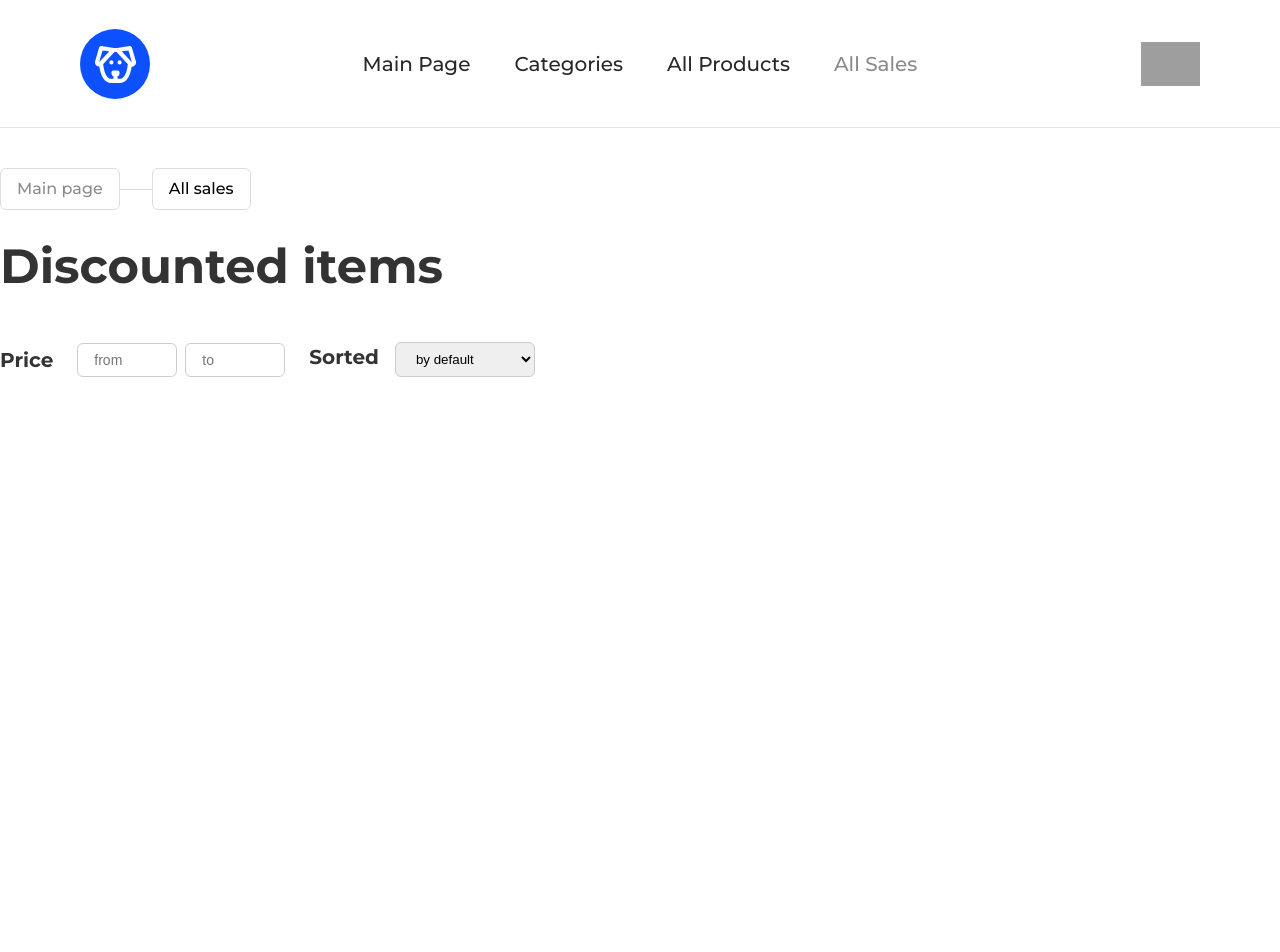
Repository: jursylian/PET-INTERNET-SHOP-PROJECT
Page: /discounts
These files come from the project's save history. The page is drawn as it stood at one moment and after the next save; the edit follows.
The browser window is 1280 px wide. The pictures show the part of the page from y = 0 to 952 px (the page is 1912 px tall).
Pictures or frames that could not be fetched are drawn as grey boxes. The page's requests for data from a server got no answer. The project was rebuilt for these pictures with package versions that can differ from the ones it lists, and the page was loaded fresh each time. No one was signed in, and anything a server would have sent is missing. Also part of the build but not shown: vite.config.js, src/pages/Categories/Categories.module.css, src/pages/Categories/Categories.jsx, src/components/PromoBanner/PromoBanner.module.css, src/components/PromoBanner/PromoBanner.jsx, src/ui/Input/Input.module.css, src/ui/Input/Input.jsx, src/ui/Button/Button.module.css and 29 more.

Above is the page before, as saved 2025-11-06 14:35:31.

### index.html
<!DOCTYPE html>
<html lang="en">
  <head>
    <meta charset="UTF-8" />
    <link rel="icon" type="image/svg+xml" href="/vite.svg" />
    <link
      href="https://fonts.googleapis.com/css2?family=Montserrat:wght@400;500;700&display=swap"
      rel="stylesheet"
    />

    <meta name="viewport" content="width=device-width, initial-scale=1.0" />
    <title>pet-internet-shop-project</title>
  </head>
  <body>
    <div id="root"></div>
    <script type="module" src="/src/main.jsx"></script>
  </body>
</html>

### src/main.jsx
import React from "react";
import ReactDOM from "react-dom/client";
import App from "./App";
import { Provider } from "react-redux";
import store from "./redux/store";
import { BrowserRouter } from "react-router-dom";
import "./index.css";

ReactDOM.createRoot(document.getElementById("root")).render(
  <BrowserRouter>
    <Provider store={store}>
      <App />
    </Provider>
  </BrowserRouter>
);

### src/App.jsx
import "./App.css";
import AppRouter from "./router/AppRouter";

function App() {
  return (
    <>
      <AppRouter />
    </>
  );
}

export default App;

### src/redux/store.js
import { configureStore } from "@reduxjs/toolkit";
import cartReducer from "./cartSlice";
import productsReducer from "./productSlice";

export const store = configureStore({
  reducer: {
    products: productsReducer,
    cart: cartReducer,
  },
});

export default store;

### src/index.css
* {
  margin: 0;
  padding: 0;
  box-sizing: border-box;
}

body {
  font-family: "Montserrat";
  font-size: 16px;
  line-height: 1.5;
  color: #333;
}

.text-decoration-none {
  text-decoration: none;
}

### src/router/AppRouter.jsx
import { Routes, Route } from "react-router-dom";
import MainLayout from "../layouts/MainLayout/MainLayout";

import Home from "../pages/Home/Home";
import CategoriesAll from "../pages/CategoriesAll/CategoriesAll";
import AllProducts from "../pages/AllProducts/AllProducts";
import ProductDescription from "../pages/ProductDescription/ProductDescription";
import Cart from "../pages/Cart/Cart";
import NotFound from "../pages/NotFound/NotFound";
import AllSales from "../pages/AllSales/AllSales";
import CategoryPage from "../pages/CategoryPage/CategoryPage";

function AppRouter() {
  return (
    <Routes>
      <Route element={<MainLayout />}>
        <Route path="/" element={<Home />} />
        <Route path="/categories" element={<CategoriesAll />} />
        <Route path="/categories/:categoryId" element={<CategoryPage />} />
        <Route path="/discounts" element={<AllSales />} />
        <Route path="/products" element={<AllProducts />} />
        <Route path="/product/:productId" element={<ProductDescription />} />
        <Route path="/cart" element={<Cart />} />
        <Route path="*" element={<NotFound />} />
      </Route>
    </Routes>
  );
}

export default AppRouter;

### src/redux/cartSlice.js
import { createSlice } from "@reduxjs/toolkit";

const cartSlice = createSlice({
  name: "cart",
  initialState: {
    items: [],
  },
  reducers: {
    addToCart: (state, action) => {
      console.log("addToCart вызван с payload:", action.payload);
      const newItem = action.payload;
      const existingItem = state.items.find((item) => item.id === newItem.id);
      if (existingItem) {
        existingItem.quantity += newItem.quantity || 1;
      } else {
        state.items.push({ ...newItem, quantity: newItem.quantity || 1 });
      }
    },
    removeFromCart: (state, action) => {
      state.items = state.items.filter((item) => item.id !== action.payload);
    },
    updateQuantity: (state, action) => {
      const { id, quantity } = action.payload;
      const itemToUpdate = state.items.find((item) => item.id === id);
      if (itemToUpdate) {
        itemToUpdate.quantity = quantity;
      }
    },
    clearCart: (state) => {
      state.items = [];
    },
  },
});

export const { addToCart, removeFromCart, updateQuantity, clearCart } =
  cartSlice.actions;

export default cartSlice.reducer;

### src/redux/productSlice.js
import { createSlice, createAsyncThunk } from "@reduxjs/toolkit";
import axios from "axios";

export const fetchAllProducts = createAsyncThunk(
  "products/fetchAll",
  async () => {
    const res = await axios.get("http://localhost:3333/products/all");
    return res.data;
  }
);

const productsSlice = createSlice({
  name: "products",
  initialState: {
    items: [],
    categoryItems: [],
    loading: false,
    error: null,
    filters: {
      discountOnly: false,
      priceForm: "",
      priceTo: "",
      sort: "default",
    },
  },
  reducers: {
    setFilters: (state, action) => {
      state.filters = { ...state.filters, ...action.payload };
    },
    setCategoryItems: (state, action) => {
      state.categoryItems = action.payload;
    },
  },
  extraReducers: (builder) => {
    builder
      .addCase(fetchAllProducts.pending, (state) => {
        state.loading = true;
        state.error = null;
      })
      .addCase(fetchAllProducts.fulfilled, (state, action) => {
        state.items = action.payload;
        state.loading = false;
      })
      .addCase(fetchAllProducts.rejected, (state, action) => {
        state.loading = false;
        state.error = action.error.message;
      });
  },
});
export const { setFilters, setCategoryItems } = productsSlice.actions;
export default productsSlice.reducer;

### src/layouts/MainLayout/MainLayout.jsx
import { Outlet } from "react-router-dom";
import Header from "../Header/Header";
import Footer from "../Footer/Footer";

export default function MainLayout() {
  return (
    <>
      <Header />
      <main className="container mx-auto p-4 min-h-[80vh]">
        <Outlet />
      </main>
      <Footer />
    </>
  );
}

### src/pages/AllSales/AllSales.jsx
import { useDispatch, useSelector } from "react-redux";
import { useEffect } from "react";
import { Link } from "react-router-dom";

import { fetchAllProducts } from "../../redux/productSlice";
import { productsSelectors } from "../../redux/productsSelectors";
import styles from "./AllSales.module.css";

import ProductFilter from "../../components/ProductFilter/ProductFilter";
import ProductCard from "../../components/ProductCard/ProductCard";
import PageSection from "../../layouts/PageSection/PageSection";

const selectFilteredDiscounted = productsSelectors((state) =>
  state.products.items.filter((item) => item.discont_price)
);

const AllSales = () => {
  const dispatch = useDispatch();
  const AllSales = useSelector(selectFilteredDiscounted);

  useEffect(() => {
    dispatch(fetchAllProducts());
  }, [dispatch]);
  return (
    <PageSection>
      <div className={styles.tabs}>
        <Link to="/" className={styles.tab}>
          Main page
        </Link>
        <div className={styles.connector}></div>
        <span className={`${styles.tab} ${styles.active}`}>All sales</span>
      </div>
      <h1 className={styles.pageTitle}>Discounted items</h1>
      <ProductFilter showDiscountCheckbox={false} />
      <div className={styles.productsWrapper}>
        {AllSales.slice(0, 8).map((product) => (
          <ProductCard key={product.id} product={product} />
        ))}
      </div>
    </PageSection>
  );
};

export default AllSales;

### src/layouts/Header/Header.jsx
import { Link, NavLink, useLocation } from "react-router-dom";
import { useSelector } from "react-redux";
import styles from "./Header.module.css";
import logo from "../../assets/logo.svg";
import cartIcon from "../../assets/cart-icon.svg";

function Header() {
  const items = useSelector((state) => state.cart.items);
  const totalQuantity = items.reduce((sum, item) => sum + item.quantity, 0);
  const location = useLocation();

  const currentPath = location.pathname;

  return (
    <header
      className={`${styles.header} ${
        currentPath !== "/" ? styles.withDivider : ""
      }`}
    >
      <div className={styles.left}>
        <Link to="/" className={styles.logo}>
          <img src={logo} alt="Логотип" />
        </Link>
      </div>

      <nav className={styles.nav}>
        {currentPath === "/" ? (
          <span className={styles.inactive}>Main Page</span>
        ) : (
          <NavLink to="/" end>
            Main Page
          </NavLink>
        )}

        {currentPath === "/categories" ? (
          <span className={styles.inactive}>Categories</span>
        ) : (
          <NavLink to="/categories">Categories</NavLink>
        )}

        {currentPath === "/products" ? (
          <span className={styles.inactive}>All Products</span>
        ) : (
          <NavLink to="/products">All Products</NavLink>
        )}

        {currentPath === "/discounts" ? (
          <span className={styles.inactive}>All Sales</span>
        ) : (
          <NavLink to="/discounts">All Sales</NavLink>
        )}
      </nav>

      <div className={styles.right}>
        <Link to="/cart" className={styles.cart}>
          <img src={cartIcon} alt="Корзина" />
          {totalQuantity > 0 && (
            <span className={styles.count}>{totalQuantity}</span>
          )}
        </Link>
      </div>
    </header>
  );
}

export default Header;

### src/layouts/Footer/Footer.jsx
import styles from "./Footer.module.css";
import chatIcon from "../../assets/ic-instagram.svg";
import phoneIcon from "../../assets/ic-whatsapp.svg";

export default function Footer() {
  return (
    <footer className={styles.footer}>
      <h3 className={styles.contact}>Contact</h3>
      <div className={styles.info}>
        <div className={styles.container}>
          <div className={styles.card}>
            <p className={styles.text}>Phone</p>
            <p className={styles.textInfo}>+49 30 915-88492</p>
          </div>
          <div className={styles.icons}>
            <p className={styles.text}>Socials</p>
            <div className={styles.socialsMedien}>
              <img src={chatIcon} alt="Chat" />
              <img src={phoneIcon} alt="Phone" />
            </div>
          </div>
        </div>

        <div className={styles.container}>
          <div className={styles.card}>
            <p className={styles.text}>Address</p>
            <p className={styles.textInfo}>
              Wallstraẞe 9-13, 10179 Berlin, Deutschland
            </p>
          </div>
          <div className={styles.icons}>
            <p className={styles.text}>Working Hours</p>
            <p className={styles.textInfo}>24 hours a day</p>
          </div>
        </div>
      </div>
      <div className={styles.map}>
        <iframe
          className={styles.iframe}
          src="https://www.google.com/maps/embed?pb=!1m18!1m12!1m3!1d3642.428115488763!2d13.40018838277564!3d52.5113162995337!2m3!1f0!2f0!3f0!3m2!1i1024!2i768!4f13.1!3m3!1m2!1s0x47a84e27db4748a5%3A0x1d538c01013c2c7!2sWallstra%C3%9Fe%209-13%2C%2010179%20Berlin!5e0!3m2!1suk!2sde!4v1760550313224!5m2!1suk!2sde"
          width="600"
          height="450"
          style={{ border: 0 }}
          allowFullScreen=""
          loading="lazy"
          referrerPolicy="no-referrer-when-downgrade"
        ></iframe>
      </div>
    </footer>
  );
}

### src/layouts/PageSection/PageSection.jsx
import styles from "./PageSection.module.css";

const PageSection = ({ children }) => {
  return <section className={styles.section}>{children}</section>;
};

export default PageSection;

### src/redux/productsSelectors.js
import { createSelector } from "@reduxjs/toolkit";

export const productsSelectors = (getItems) =>
  createSelector(
    [getItems, (state) => state.products.filters],
    (items, filters) => {
      let result = [...items];

      if (filters.discountOnly) {
        result = result.filter(
          (p) => p.discont_price && p.discont_price < p.price
        );
      }
      if (filters.priceFrom) {
        result = result.filter((p) => p.price >= Number(filters.priceFrom));
      }
      if (filters.priceTo) {
        result = result.filter((p) => p.price <= Number(filters.priceTo));
      }

      if (filters.sort === "price-low") {
        result.sort((a, b) => a.price - b.price);
      } else if (filters.sort === "price-high") {
        result.sort((a, b) => b.price - a.price);
      } else if (filters.sort === "newest") {
        result.sort((a, b) => new Date(b.createdAt) - new Date(a.createdAt));
      }

      return result;
    }
  );

### src/components/ProductFilter/ProductFilter.jsx
import { useSelector, useDispatch } from "react-redux";
import { setFilters } from "../../redux/productSlice";
import styles from "./ProductFilter.module.css";

const ProductFilters = ({ showDiscountCheckbox = true }) => {
  const filters = useSelector((state) => state.products.filters);
  const dispatch = useDispatch();

  return (
    <div className={styles.filters}>
      <div className={styles.priceGroup}>
        <label className={styles.labelName}>Price</label>
        <input
          type="number"
          placeholder="from"
          value={filters.priceFrom}
          onChange={(e) => dispatch(setFilters({ priceFrom: e.target.value }))}
          className={styles.priceInput}
        />
        <input
          type="number"
          placeholder="to"
          value={filters.priceTo}
          onChange={(e) => dispatch(setFilters({ priceTo: e.target.value }))}
          className={styles.priceInput}
        />
      </div>

      {showDiscountCheckbox && (
        <div className={styles.filterGroup}>
          <label className={styles.labelName}>Discounted items</label>
          <input
            className={styles.checkbox}
            type="checkbox"
            checked={filters.discountOnly}
            onChange={() =>
              dispatch(setFilters({ discountOnly: !filters.discountOnly }))
            }
          />
        </div>
      )}

      <div>
        <label className={styles.labelName}>Sorted</label>
        <select
          value={filters.sort}
          onChange={(e) => dispatch(setFilters({ sort: e.target.value }))}
        >
          <option value="default">by default</option>
          <option value="newest">newest</option>
          <option value="price-high">price: high-low</option>
          <option value="price-low">price: low-high</option>
        </select>
      </div>
    </div>
  );
};

export default ProductFilters;

### src/pages/AllSales/AllSales.module.css
.productsWrapper {
  display: flex;
  flex-wrap: wrap;
  gap: 32px;
  justify-content: center;
  align-items: stretch;
}

.tabs {
  display: flex;
  align-items: center;
}

.tab {
  font-size: 16px;
  font-weight: 500;
  text-decoration: none;
  color: #8b8b8b;
  padding: 8px 16px;
  border: 1px solid #dddddd;
  background-color: transparent;
  border-radius: 6px;
  transition: all 0.3s ease;
  cursor: pointer;
}

.tab:hover:not(.active):not(.disabled) {
  background-color: #0d50ff;
  color: white;
  transform: translateY(-1px);
}

.active {
  color: #000;
  cursor: default;
  background-color: #fff;
}

.disabled {
  color: #8b8b8b;
  cursor: default;
  pointer-events: none;
}

.connector {
  width: 32px;
  height: 1px;
  background-color: #dddddd;
}

.pageTitle {
  font-size: 48px;
  font-weight: 700;
  margin: 20px 0 40px;
}

### src/layouts/Header/Header.module.css
.header {
  display: flex;
  align-items: center;
  justify-content: space-between;
  padding: 40px 80px;
  height: 128px;
  width: 100%;
  position: relative;
  background-color: #fff;
  z-index: 10;
}

.withDivider {
  border-bottom: 1px solid #e5e5e5;
}

.left,
.right {
  flex: 1;
  display: flex;
  align-items: center;
}

.left {
  justify-content: flex-start;
}

.right {
  justify-content: flex-end;
}

.logo img {
  height: 70px;
  display: block;
  transition: transform 0.3s ease;
}

.logo img:hover {
  transform: scale(1.2);
}

.nav {
  flex: 2;
  display: flex;
  justify-content: center;
  align-items: center;
  gap: 44px;
}

.nav a {
  text-decoration: none;
  color: #282828;
  font-weight: 500;
  font-size: 20px;
  transition: color 0.2s ease;
}

.nav a:hover {
  color: #007bff;
}

.active {
  color: #007bff;
  font-weight: 600;
}

.inactive {
  color: #8b8b8b;
  font-weight: 500;
  font-size: 20px;
  cursor: default;
  text-decoration: none;
  pointer-events: none;
}

.inactive:hover {
  color: #8b8b8b;
}

.cart {
  position: relative;
  display: flex;
  align-items: center;
}

.cart img {
  height: 44px;
}

.count {
  position: absolute;
  top: 0;
  left: -6px;
  background-color: #007bff;
  color: white;
  border-radius: 50%;
  font-size: 12px;
  font-weight: bold;
  width: 22px;
  height: 22px;
  display: flex;
  align-items: center;
  justify-content: center;
}

### src/layouts/Footer/Footer.module.css
.footer {
  width: 100%;
  max-width: 1360px;
  margin: 0 auto;
  padding-bottom: 10px;
}

.contact {
  font-size: 64px;
  margin-bottom: 40px;
}
.card {
  height: auto;
  background-color: #f1f3f4;
  display: flex;
}

.card p,
.icons p {
  margin: 0.5rem 0;
}
.icons {
  width: 100%;
  max-width: 100%;

  height: auto;
  background-color: #f1f3f4;
}
.card,
.icons {
  background-color: #f1f3f4;
  padding: 1rem;
  border-radius: 8px;
  box-shadow: 0 2px 6px rgba(0, 0, 0, 0.05);
  display: flex;
  flex-direction: column;
  justify-content: center;
  gap: 0.5rem;
  transition: transform 0.3s ease, box-shadow 0.3s ease;

  flex: 1;
  min-height: 150px;
  height: 100%;
}
.card:hover,
.icons:hover {
  transform: translateY(-8px) scale(1.02);
  box-shadow: 0 8px 20px rgba(0, 0, 0, 0.1);
}

.container {
  display: grid;
  grid-template-columns: 2fr 1fr;
  gap: 32px;
  margin-bottom: 32px;
}
.icons img {
  width: 32px;
  height: 32px;
  object-fit: contain;
  transition: transform 0.3s ease;
  margin-right: 8px;
}
.text {
  font-family: Montserrat;
  font-weight: 500;
  font-style: Medium;
  font-size: 20px;
  color: #8b8b8b;
}
.textInfo {
  font-family: Montserrat;
  font-weight: 600;
  font-style: SemiBold;
  font-size: 40px;

  letter-spacing: 0%;
}
.socialsMedien {
  display: flex;
  flex-direction: row;
  gap: 16px;
}
.iframe {
  width: 100%;
  max-width: 100%;
  height: 350px;
  border-radius: 8px;
  display: block;
}
@media (max-width: 1024px) {
  .container {
    display: flex;
    flex-direction: column;
    gap: 32px;
  }
  .contact {
    font-size: 44px;
    text-align: center;
  }
  .card,
  .icons {
    width: 100%;
    min-height: 300px;
    height: auto;
  }

  .footer {
    margin-left: 1rem;
    margin-right: 1rem;
  }
  .iframe {
    height: 300px;
  }
}

@media (max-width: 600px) {
  .container {
    display: flex;
    flex-direction: column;
    gap: 32px;
  }
  .contact {
    font-size: 34px;
    margin-bottom: 10px;
    text-align: center;
  }

  .textInfo {
    font-size: 24px;
    text-align: calc();
  }

  .text {
    font-size: 16px;
    text-align: center;
  }
  .socialsMadien {
    justify-content: center;
    flex-wrap: wrap;
  }
  .icons img {
    width: 28px;
    height: 28px;
  }
  .iframe {
    height: 250px;
  }
  .card,
  .icons {
    flex-direction: column;
    align-items: center;
    width: 100%;
  }
}

### src/layouts/PageSection/PageSection.module.css
.section {
  height: auto;
  min-height: 800px;
  border-radius: 10px;
  width: 100%;
  max-width: 1360px;
  margin: 0 auto;
  padding-bottom: 10px;
  margin-top: 40px;
}

### src/components/ProductFilter/ProductFilter.module.css
.filters {
  display: flex;
  gap: 24px;
  margin-bottom: 40px;
  align-items: center;
}

.filters input,
.filters select {
  padding: 8px 16px;
  border: 1px solid #ccc;
  border-radius: 6px;
}

.priceGroup {
  display: flex;
  align-items: center;
  gap: 8px;
}

.priceInput {
  width: 100px;
  padding: 6px 12px;
  font-size: 14px;
}

.filterGroup {
  display: flex;
  align-items: center;
  gap: 1px;
  margin-left: 40px;
  margin-right: 40px;
}

.titletDry {
  font-weight: 700;
  font-style: Bold;
  font-size: 64px;

  line-height: 110.00000000000001%;
  letter-spacing: 0%;
  margin-bottom: 40px;
}

.checkbox {
  appearance: none;
  width: 32px;
  height: 32px;
  border: 2px solid #ccc;
  border-radius: 6px;

  cursor: pointer;
  position: relative;
}

.checkbox:checked::after {
  content: "";
  position: absolute;
  top: 6px;
  left: 10px;
  width: 6px;
  height: 12px;
  border: solid rgb(40, 87, 215);
  border-width: 0 2px 2px 0;
  transform: rotate(45deg);
}

.labelName {
  font-weight: 600;
  font-style: SemiBold;
  font-size: 20px;
  margin-right: 16px;
  line-height: 130%;
  letter-spacing: 0%;
}

Loaded but not shown: src/App.css (no stored copy; drawn as an empty file)

After the next save:
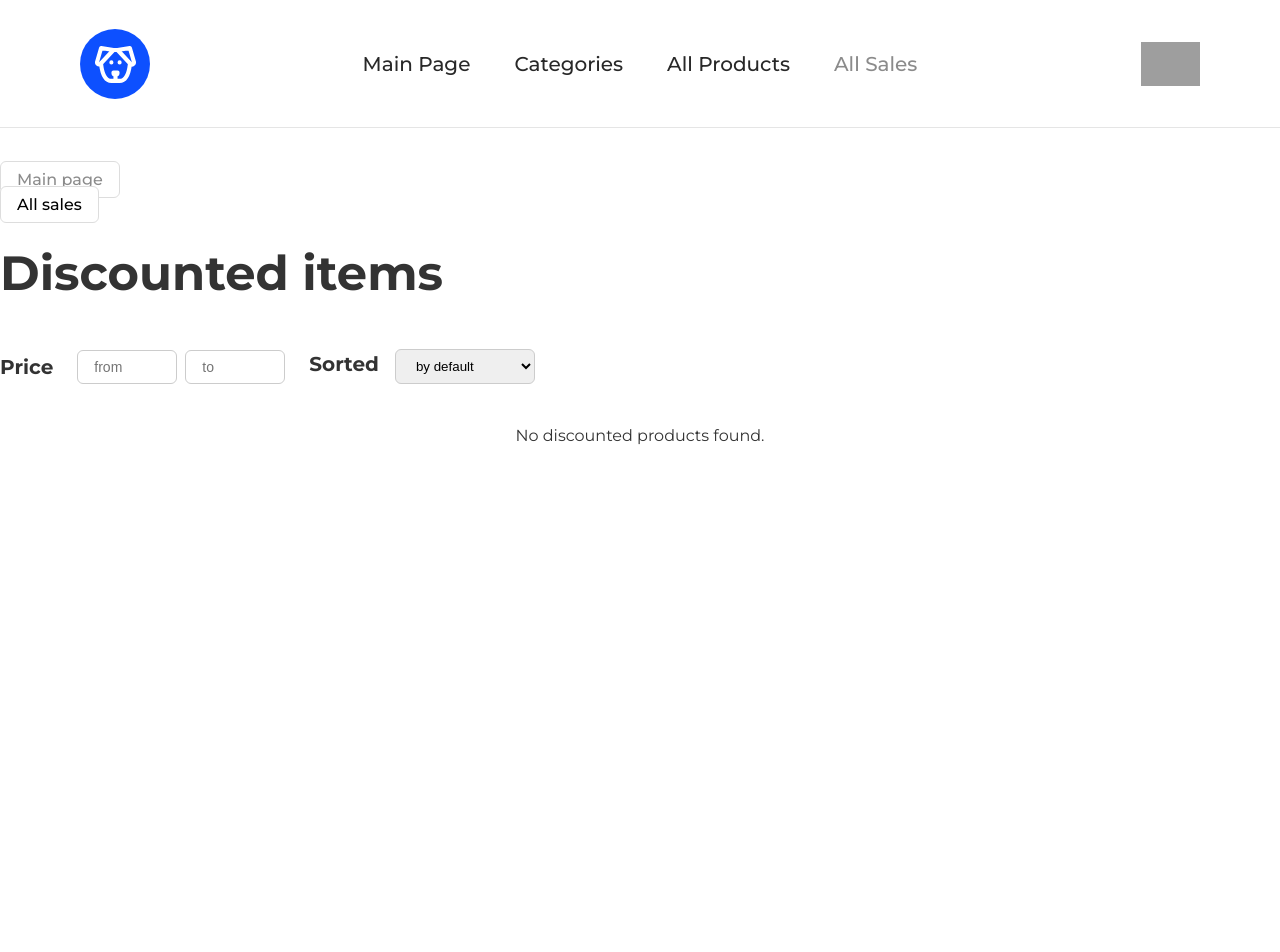
Saved 32 s later.
--- a/src/pages/AllSales/AllSales.jsx
+++ b/src/pages/AllSales/AllSales.jsx
@@ -1,6 +1,6 @@
 import { useDispatch, useSelector } from "react-redux";
 import { useEffect } from "react";
-import { Link } from "react-router-dom";
+import { Link, useLocation } from "react-router-dom";
 
 import { fetchAllProducts } from "../../redux/productSlice";
 import { productsSelectors } from "../../redux/productsSelectors";
@@ -10,32 +10,51 @@ import ProductFilter from "../../components/ProductFilter/ProductFilter";
 import ProductCard from "../../components/ProductCard/ProductCard";
 import PageSection from "../../layouts/PageSection/PageSection";
 
-const selectFilteredDiscounted = productsSelectors((state) =>
+const selectDiscountedProducts = productsSelectors((state) =>
   state.products.items.filter((item) => item.discont_price)
 );
 
 const AllSales = () => {
   const dispatch = useDispatch();
-  const AllSales = useSelector(selectFilteredDiscounted);
+  const discountedProducts = useSelector(selectDiscountedProducts);
+  const location = useLocation();
 
   useEffect(() => {
     dispatch(fetchAllProducts());
   }, [dispatch]);
+
+  const isOnSalesPage = location.pathname === "/discounts";
+
   return (
     <PageSection>
-      <div className={styles.tabs}>
-        <Link to="/" className={styles.tab}>
-          Main page
-        </Link>
+      <div className={styles.breadcrumb}>
+        {!isOnSalesPage ? (
+          <Link to="/" className={styles.tab}>
+            Main page
+          </Link>
+        ) : (
+          <span className={`${styles.tab} ${styles.disabled}`}>Main page</span>
+        )}
+
         <div className={styles.connector}></div>
+
         <span className={`${styles.tab} ${styles.active}`}>All sales</span>
       </div>
+
       <h1 className={styles.pageTitle}>Discounted items</h1>
+
       <ProductFilter showDiscountCheckbox={false} />
+
       <div className={styles.productsWrapper}>
-        {AllSales.slice(0, 8).map((product) => (
-          <ProductCard key={product.id} product={product} />
-        ))}
+        {discountedProducts.length > 0 ? (
+          discountedProducts
+            .slice(0, 8)
+            .map((product) => (
+              <ProductCard key={product.id} product={product} />
+            ))
+        ) : (
+          <p>No discounted products found.</p>
+        )}
       </div>
     </PageSection>
   );
